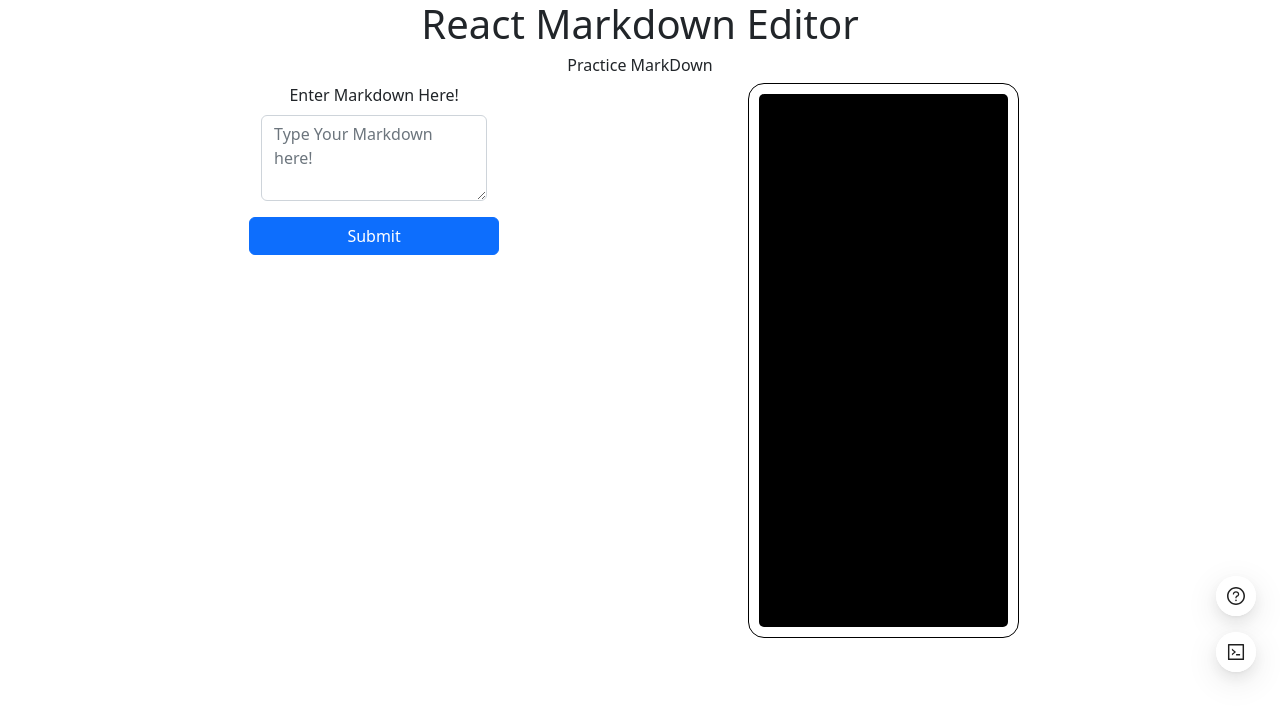
Repository: devkthines/md-editor
Page: /
These files come from the project's save history. The page is drawn as it stood at one moment and after the next save; the edit follows.
The browser window is 1280 px wide. The pictures show the whole page.
The project was rebuilt for these pictures with package versions that can differ from the ones it lists, and the page was loaded fresh each time. Also part of the build but not shown: src/pages/preview.js, src/components/navbar.js, src/pages/home.js.

Above is the page before, as saved 2023-12-06 21:50:14.

After the next save:
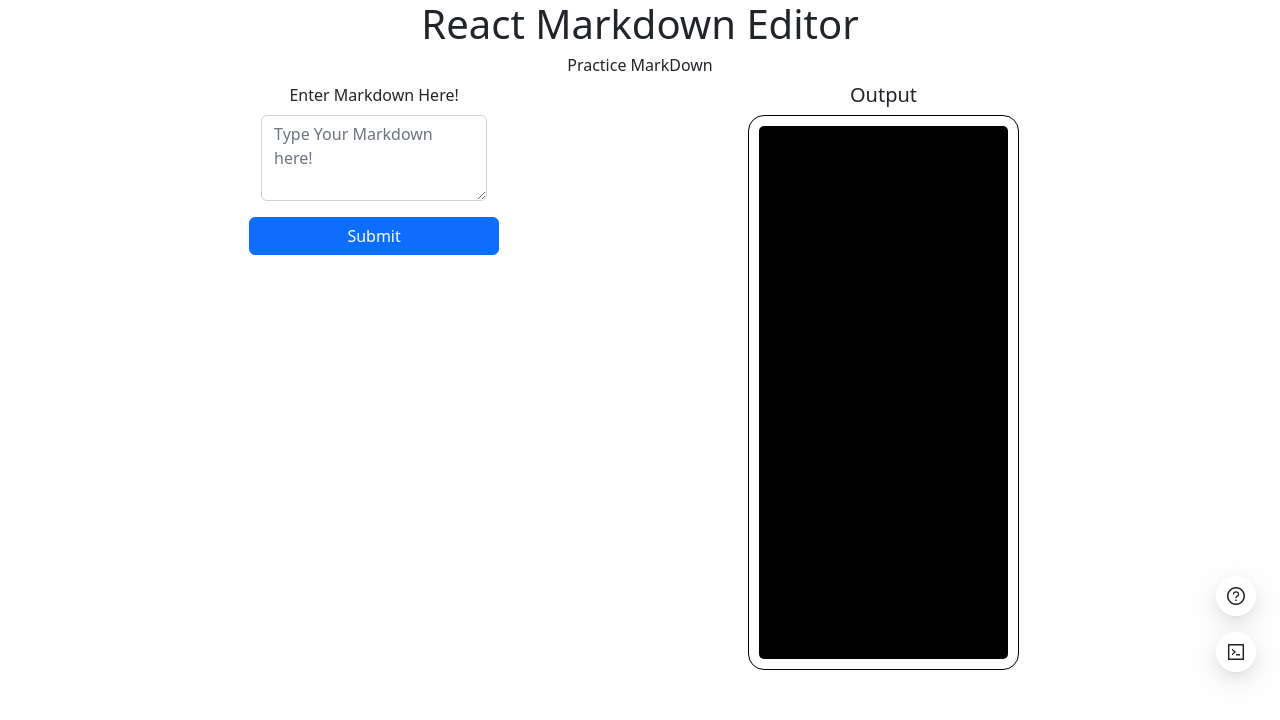
Saved 8 s later.
--- a/src/pages/editor.js
+++ b/src/pages/editor.js
@@ -92,7 +92,7 @@ export default function Editor() {
             </Form>
             <Row>
             <Col>
-
+                <h5>Output</h5>
                 <div id="mdEdView" dangerouslySetInnerHTML={{ __html: marked.parse(preview) }}></div>
             </Col>
             </Row>
